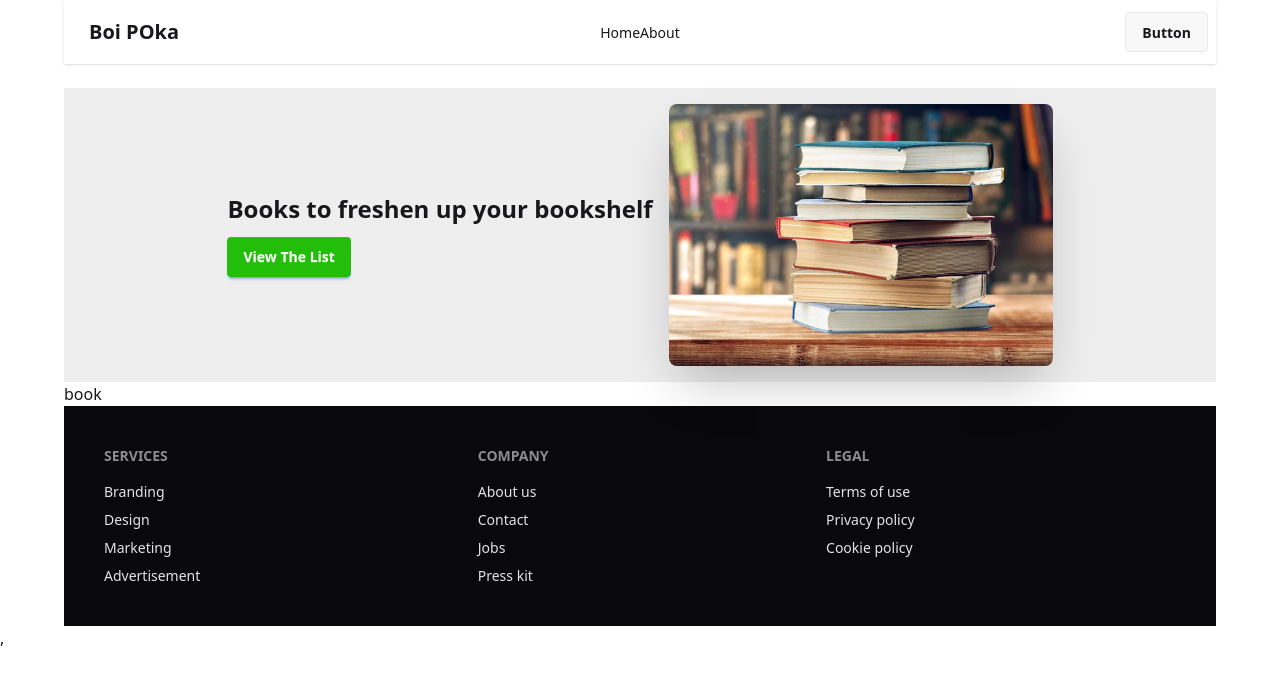
Repository: SanjidaSnigdha/Boipoka-Book-Vibe-Project
Page: /
These files come from the project's save history. The page is drawn as it stood at one moment and after the next save; the edit follows.
The browser window is 1280 px wide. The pictures show the whole page.
The project was rebuilt for these pictures with package versions that can differ from the ones it lists, and the page was loaded fresh each time. Also part of the build but not shown: vite.config.js, src/App.css, src/App.jsx, src/Pages/Root/ErrorPage/ErrorPage.jsx.

Above is the page before, as saved 2026-05-12 12:59:47.

### index.html
<!doctype html>
<html lang="en">
  <head>
    <meta charset="UTF-8" />
    <link rel="icon" type="image/svg+xml" href="/favicon.svg" />
    <meta name="viewport" content="width=device-width, initial-scale=1.0" />
    <title>boipuka</title>
  </head>
  <body>
    <div id="root"></div>
    <script type="module" src="/src/main.jsx"></script>
  </body>
</html>

### src/main.jsx
import { StrictMode } from 'react'
import { createRoot } from 'react-dom/client'
import './index.css'
import App from './App.jsx'
import {
  RouterProvider,
} from "react-router";
import { router } from './Routes/Routes.jsx';




createRoot(document.getElementById('root')).render(
  <StrictMode>
     <RouterProvider router={router} />,
  </StrictMode>,
)

### src/index.css
@import "tailwindcss";
@plugin "daisyui" {
themes : light --default, dark --prefersdark;
themes: light --default;
}
   dark mode to light mode ( index.css)

### src/Routes/Routes.jsx
import React from 'react';
import {
  createBrowserRouter,
} from "react-router";
import Root from '../Pages/Root/Root';
import ErrorPage from '../Pages/Root/ErrorPage/ErrorPage';
import { Component } from 'react';
import Home from '../Pages/Home/Home';

 export const router = createBrowserRouter([
  {
    path: "/",
    Component: Root,
    errorElement: <ErrorPage></ErrorPage>,
    children: [
      {
      index: true,
      path: '/',
      Component: Home

    },
  ],
},
]);

### src/Pages/Root/Root.jsx
import React from 'react';
import Navbar from '../../Components/Header/Navbar/Navbar';
import { Outlet } from 'react-router';
import Footer from '../../Components/Footer/Footer';

const Root = () => {
    return (
        <div className='max-w-6xl mx-auto'>
            <Navbar></Navbar>
            <Outlet></Outlet>
            <Footer></Footer>

        </div>
    );
};

export default Root;

### src/Pages/Home/Home.jsx
import React from 'react';
import Banner from '../../Components/Banner/Banner';
import Books from '../Books/Books';

const Home = () => {
    return (
        <div>
            <Banner></Banner>
            <Books></Books>
        </div>
    );
};

export default Home;

### src/Components/Header/Navbar/Navbar.jsx
import React from 'react';

const Navbar = () => {
    const links = <>
      <li>Home</li>
      <li>About</li>
    </>
    return (
        <div className="navbar bg-base-100 shadow-sm">
  <div className="navbar-start">
    <div className="dropdown">
      <div tabIndex={0} role="button" className="btn btn-ghost lg:hidden">
        <svg xmlns="http://www.w3.org/2000/svg" className="h-5 w-5" fill="none" viewBox="0 0 24 24" stroke="currentColor"> <path strokeLinecap="round" strokeLinejoin="round" strokeWidth="2" d="M4 6h16M4 12h8m-8 6h16" /> </svg>
      </div>
      <ul
        tabIndex="-1"
        className="menu menu-sm dropdown-content bg-base-100 rounded-box z-1 mt-3 w-52 p-2 shadow">
       {links}
      </ul>
    </div>
    <a className="btn btn-ghost text-xl">Boi POka</a>
  </div>
  <div className="navbar-center hidden lg:flex">
    <ul className="menu menu-horizontal px-1">
      {links}
    </ul>
  </div>
  <div className="navbar-end">
    <a className="btn">Button</a>
  </div>
</div>
    );
};

export default Navbar;

### src/Components/Footer/Footer.jsx
import React from 'react';

const Footer = () => {
    return (
        <footer className="footer sm:footer-horizontal bg-neutral text-neutral-content p-10">
  <nav>
    <h6 className="footer-title">Services</h6>
    <a className="link link-hover">Branding</a>
    <a className="link link-hover">Design</a>
    <a className="link link-hover">Marketing</a>
    <a className="link link-hover">Advertisement</a>
  </nav>
  <nav>
    <h6 className="footer-title">Company</h6>
    <a className="link link-hover">About us</a>
    <a className="link link-hover">Contact</a>
    <a className="link link-hover">Jobs</a>
    <a className="link link-hover">Press kit</a>
  </nav>
  <nav>
    <h6 className="footer-title">Legal</h6>
    <a className="link link-hover">Terms of use</a>
    <a className="link link-hover">Privacy policy</a>
    <a className="link link-hover">Cookie policy</a>
  </nav>
</footer>
    );
};

export default Footer;

### src/Components/Banner/Banner.jsx
import React from 'react';
import bookImage from '../../assets/books.jpg'

const Banner = () => {
    return (

        <div className="hero bg-base-300 mt-6 h-70px">
  <div className="hero-content flex-col lg:flex-row-reverse">
    <img
      src={bookImage}
      className="max-w-sm rounded-lg shadow-2xl "
    />
    <div>
      <h1 className="text-2xl font-bold">Books to freshen up your bookshelf </h1>
       <button className="btn btn-primary bg-[#23BE0A] border-0 text-[#FFFFFF] mt-3">View The List</button>
    </div>
  </div>
</div>

    );
};

export default Banner;

### src/Pages/Books/Books.jsx
import React, { useEffect, useState } from 'react';

const Books = () => {
    const [allBooks, setAllBooks] = useState([]);
    useEffect(() => {
        fetch("booksData.json")
        .then(res=>res.json())
        .then(data =>{
            setAllBooks(data)
        })
    },[])
    return (
        <div>
            <h1>book</h1>
        </div>
    );
};

export default Books;

### public/booksData.json
[
  {
    "bookId": 1,
    "bookName": "The Great Gatsby",
    "author": "F. Scott Fitzgerald",
    "image": "https://i.ibb.co.com/khHN7Pk/9780143454212.jpg",
    "review": "'The Great Gatsby' by F. Scott Fitzgerald is a timeless masterpiece that delves into the decadence and disillusionment of the Jazz Age. Set in the Roaring Twenties, the novel unveils the enigmatic Jay Gatsby's extravagant parties, masking a pursuit of lost love. Narrated by Nick Carraway, the story explores themes of wealth, love, and the American Dream, drawing readers into a vivid portrayal of the glittering yet elusive world of the East and West Egg. Fitzgerald's prose is both poetic and haunting, weaving a compelling narrative that transcends its era. A poignant exploration of societal excess and the human condition, 'The Great Gatsby' remains a literary gem that resonates across generations.",
    "totalPages": 192,
    "rating": 4.5,
    "category": "Classic",
    "tags": ["Fiction", "Romance"],
    "publisher": "Scribner",
    "yearOfPublishing": 1925
  },
  {
    "bookId": 2,
    "bookName": "To Kill a Mockingbird",
    "author": "Harper Lee",
    "image": "https://i.ibb.co.com/0cv102J/To-Kill-a-Mockingbird.webp",
    "review": "'The Great Gatsby' by F. Scott Fitzgerald is a timeless masterpiece that delves into the decadence and disillusionment of the Jazz Age. Set in the Roaring Twenties, the novel unveils the enigmatic Jay Gatsby's extravagant parties, masking a pursuit of lost love. Narrated by Nick Carraway, the story explores themes of wealth, love, and the American Dream, drawing readers into a vivid portrayal of the glittering yet elusive world of the East and West Egg. Fitzgerald's prose is both poetic and haunting, weaving a compelling narrative that transcends its era. A poignant exploration of societal excess and the human condition, 'The Great Gatsby' remains a literary gem that resonates across generations.",
    "totalPages": 281,
    "rating": 4.8,
    "category": "Fiction",
    "tags": ["Drama", "Social Justice"],
    "publisher": "J.B. Lippincott & Co.",
    "yearOfPublishing": 1960
  },
  {
    "bookId": 3,
    "bookName": "1984",
    "author": "George Orwell",
    "image": "https://i.ibb.co.com/MprDyVt/51-BIA4rrae-L-AC-UF1000-1000-QL80.jpg",
    "review": "'The Great Gatsby' by F. Scott Fitzgerald is a timeless masterpiece that delves into the decadence and disillusionment of the Jazz Age. Set in the Roaring Twenties, the novel unveils the enigmatic Jay Gatsby's extravagant parties, masking a pursuit of lost love. Narrated by Nick Carraway, the story explores themes of wealth, love, and the American Dream, drawing readers into a vivid portrayal of the glittering yet elusive world of the East and West Egg. Fitzgerald's prose is both poetic and haunting, weaving a compelling narrative that transcends its era. A poignant exploration of societal excess and the human condition, 'The Great Gatsby' remains a literary gem that resonates across generations.",
    "totalPages": 328,
    "rating": 4.6,
    "category": "Fiction",
    "tags": ["Dystopian", "Political"],
    "publisher": "Secker & Warburg",
    "yearOfPublishing": 1949
  },
  {
    "bookId": 4,
    "bookName": "The Catcher in the Rye",
    "author": "J.D. Salinger",
    "image": "https://i.ibb.co.com/tYSWRfG/catcherrye-edited-1-800x.png",
    "review": "'The Great Gatsby' by F. Scott Fitzgerald is a timeless masterpiece that delves into the decadence and disillusionment of the Jazz Age. Set in the Roaring Twenties, the novel unveils the enigmatic Jay Gatsby's extravagant parties, masking a pursuit of lost love. Narrated by Nick Carraway, the story explores themes of wealth, love, and the American Dream, drawing readers into a vivid portrayal of the glittering yet elusive world of the East and West Egg. Fitzgerald's prose is both poetic and haunting, weaving a compelling narrative that transcends its era. A poignant exploration of societal excess and the human condition, 'The Great Gatsby' remains a literary gem that resonates across generations.",
    "totalPages": 224,
    "rating": 4.3,
    "category": "Fiction",
    "tags": ["Young Adult", "Identity"],
    "publisher": "Little, Brown and Company",
    "yearOfPublishing": 1951
  },
  {
    "bookId": 5,
    "bookName": "Pride and Prejudice",
    "author": "Jane Austen",
    "image": "https://i.ibb.co.com/YdQDMpn/81me-ud-V63-L-AC-UF1000-1000-QL80.jpg",
    "review": "'The Great Gatsby' by F. Scott Fitzgerald is a timeless masterpiece that delves into the decadence and disillusionment of the Jazz Age. Set in the Roaring Twenties, the novel unveils the enigmatic Jay Gatsby's extravagant parties, masking a pursuit of lost love. Narrated by Nick Carraway, the story explores themes of wealth, love, and the American Dream, drawing readers into a vivid portrayal of the glittering yet elusive world of the East and West Egg. Fitzgerald's prose is both poetic and haunting, weaving a compelling narrative that transcends its era. A poignant exploration of societal excess and the human condition, 'The Great Gatsby' remains a literary gem that resonates across generations.",
    "totalPages": 279,
    "rating": 4.7,
    "category": "Classic",
    "tags": ["Romance", "Satire"],
    "publisher": "T. Egerton, Whitehall",
    "yearOfPublishing": 1813
  },
  {
    "bookId": 6,
    "bookName": "The Hobbit",
    "author": "J.R.R. Tolkien",
    "image": "https://i.ibb.co.com/xS8YvxL/81m-CE-uclx-L-UF1000-1000-QL80.jpg",
    "review": "'The Great Gatsby' by F. Scott Fitzgerald is a timeless masterpiece that delves into the decadence and disillusionment of the Jazz Age. Set in the Roaring Twenties, the novel unveils the enigmatic Jay Gatsby's extravagant parties, masking a pursuit of lost love. Narrated by Nick Carraway, the story explores themes of wealth, love, and the American Dream, drawing readers into a vivid portrayal of the glittering yet elusive world of the East and West Egg. Fitzgerald's prose is both poetic and haunting, weaving a compelling narrative that transcends its era. A poignant exploration of societal excess and the human condition, 'The Great Gatsby' remains a literary gem that resonates across generations.",
    "totalPages": 310,
    "rating": 4.9,
    "category": "Fantasy",
    "tags": ["Adventure", "Epic"],
    "publisher": "Allen & Unwin",
    "yearOfPublishing": 1937
  },
  {
    "bookId": 7,
    "bookName": "Harry Potter and the Sorcerer's Stone",
    "author": "J.K. Rowling",
    "image": "https://i.ibb.co.com/989qMRW/42844155.jpg",
    "review": "'The Great Gatsby' by F. Scott Fitzgerald is a timeless masterpiece that delves into the decadence and disillusionment of the Jazz Age. Set in the Roaring Twenties, the novel unveils the enigmatic Jay Gatsby's extravagant parties, masking a pursuit of lost love. Narrated by Nick Carraway, the story explores themes of wealth, love, and the American Dream, drawing readers into a vivid portrayal of the glittering yet elusive world of the East and West Egg. Fitzgerald's prose is both poetic and haunting, weaving a compelling narrative that transcends its era. A poignant exploration of societal excess and the human condition, 'The Great Gatsby' remains a literary gem that resonates across generations.",
    "totalPages": 309,
    "rating": 4.8,
    "category": "Fantasy",
    "tags": ["Magic", "Young Adult"],
    "publisher": "Bloomsbury",
    "yearOfPublishing": 1997
  },
  {
    "bookId": 8,
    "bookName": "The Alchemist",
    "author": "Paulo Coelho",
    "image": "https://i.ibb.co.com/zS9jsdK/18144590.jpg",
    "review": "'The Great Gatsby' by F. Scott Fitzgerald is a timeless masterpiece that delves into the decadence and disillusionment of the Jazz Age. Set in the Roaring Twenties, the novel unveils the enigmatic Jay Gatsby's extravagant parties, masking a pursuit of lost love. Narrated by Nick Carraway, the story explores themes of wealth, love, and the American Dream, drawing readers into a vivid portrayal of the glittering yet elusive world of the East and West Egg. Fitzgerald's prose is both poetic and haunting, weaving a compelling narrative that transcends its era. A poignant exploration of societal excess and the human condition, 'The Great Gatsby' remains a literary gem that resonates across generations.",
    "totalPages": 177,
    "rating": 4.6,
    "category": "Fiction",
    "tags": ["Philosophical", "Adventure"],
    "publisher": "HarperCollins",
    "yearOfPublishing": 1988
  },
  {
    "bookId": 9,
    "bookName": "The Girl on the Train",
    "author": "Paula Hawkins",
    "image": "https://i.ibb.co.com/P6hfCmJ/Whats-App-Image-2024-05-22-at-11-21-25-2e21ae46.jpg",
    "review": "'The Great Gatsby' by F. Scott Fitzgerald is a timeless masterpiece that delves into the decadence and disillusionment of the Jazz Age. Set in the Roaring Twenties, the novel unveils the enigmatic Jay Gatsby's extravagant parties, masking a pursuit of lost love. Narrated by Nick Carraway, the story explores themes of wealth, love, and the American Dream, drawing readers into a vivid portrayal of the glittering yet elusive world of the East and West Egg. Fitzgerald's prose is both poetic and haunting, weaving a compelling narrative that transcends its era. A poignant exploration of societal excess and the human condition, 'The Great Gatsby' remains a literary gem that resonates across generations.",
    "totalPages": 316,
    "rating": 4.2,
    "category": "Mystery",
    "tags": ["Suspense", "Psychological"],
    "publisher": "Riverhead Books",
    "yearOfPublishing": 2015
  }
]

After the next save:
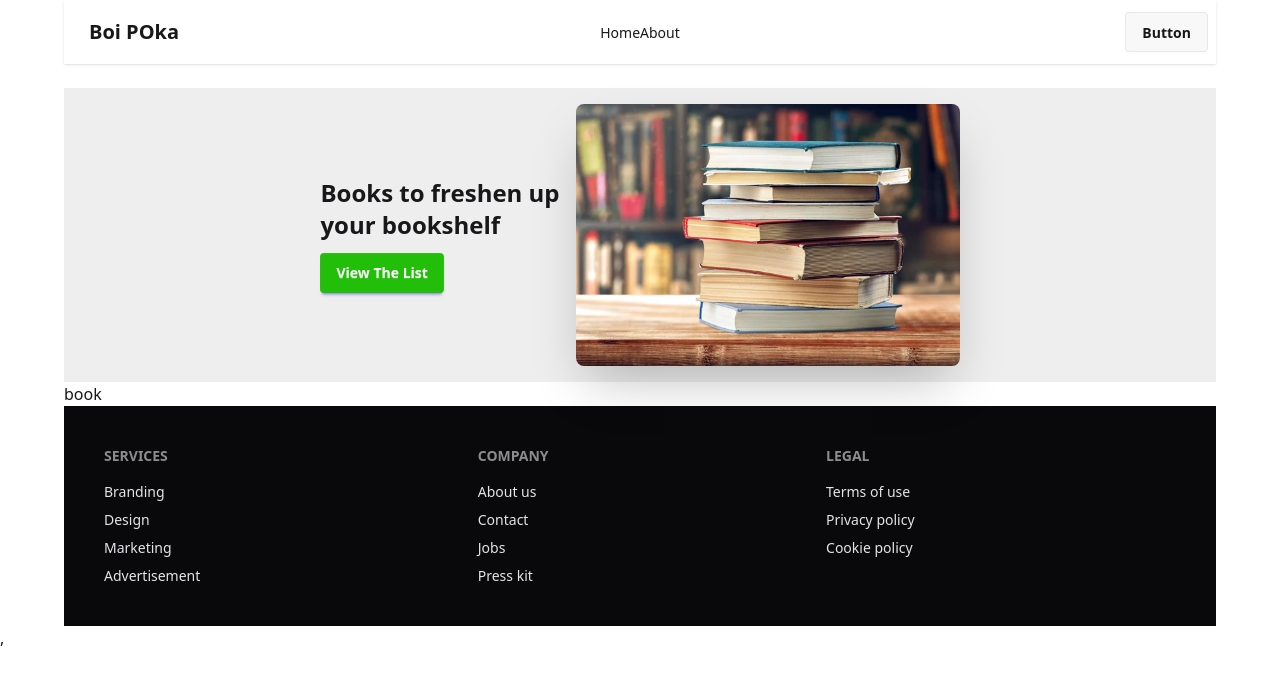
Saved 3 min 23 s later.
--- a/src/Components/Banner/Banner.jsx
+++ b/src/Components/Banner/Banner.jsx
@@ -11,7 +11,7 @@
       className="max-w-sm rounded-lg shadow-2xl "
     />
     <div>
-      <h1 className="text-2xl font-bold">Books to freshen up your bookshelf </h1>
+      <h1 className="text-2xl font-bold">Books to freshen up<br /> your bookshelf </h1>
        <button className="btn btn-primary bg-[#23BE0A] border-0 text-[#FFFFFF] mt-3">View The List</button>
     </div>
   </div>
